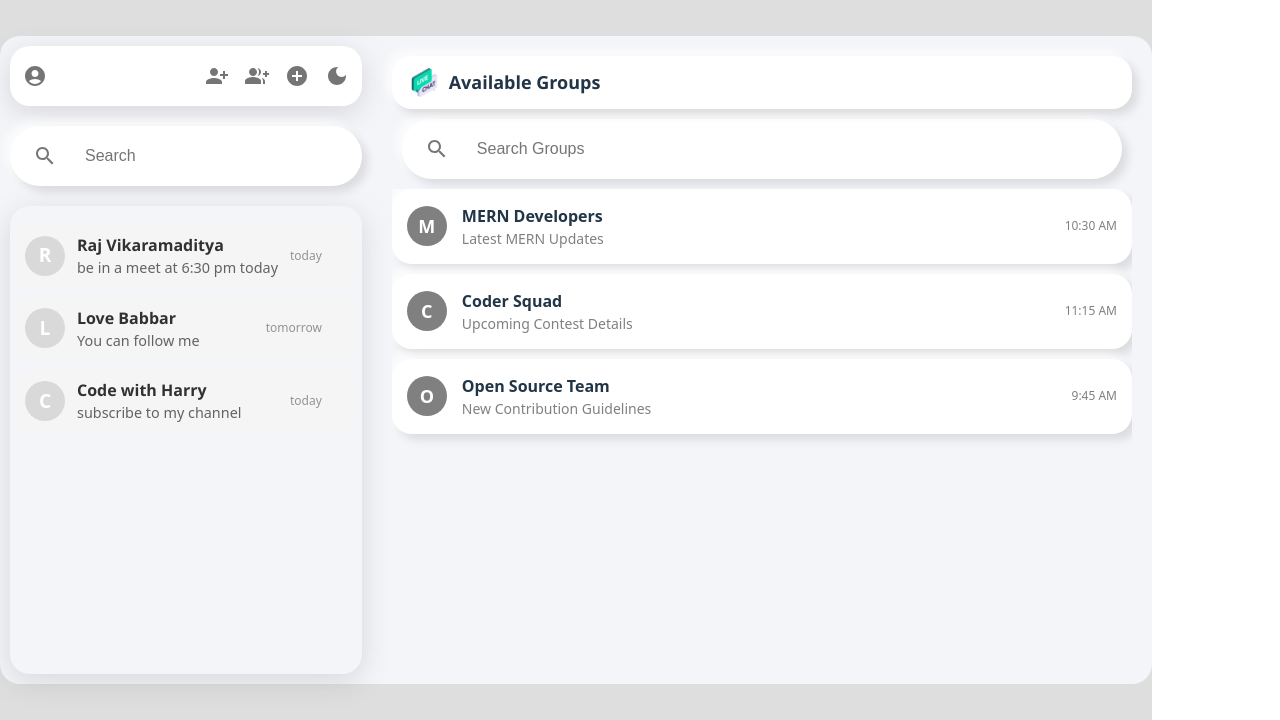
Repository: rahul-chakradhari/chat_app
Page: /app/groups
The author's editor kept a copy of each file at every save. The page is drawn from the files as they stood at one save, then again after a run of saves.
The browser window is 1280 px wide. The pictures show the whole page.
The project was rebuilt for these pictures with package versions that can differ from the ones it lists, and the page was loaded fresh each time. Also part of the build but not shown: vite.config.js, src/components/Login.jsx, src/components/Messagebyme.jsx, src/components/Messagebyothers.jsx, src/components/Chatarea.jsx, src/components/Welcome.jsx, src/components/Creategroups.jsx, src/components/Users.jsx.

Above is the page before, as saved 2025-03-01 14:53:27.

### index.html
<!DOCTYPE html>
<html lang="en">
  <head>
    <meta charset="UTF-8" />
    <link rel="icon" href="./live-chat.png" />

    <meta name="viewport" content="width=device-width, initial-scale=1.0" />
    <title>Vite + React</title>
  </head>
  <body>
    <div id="root"></div>
    <script type="module" src="/src/main.jsx"></script>
  </body>
</html>

### src/App.jsx
import { Route, Routes } from "react-router-dom";
import "./App.css";
import Login from "./components/Login";
import Maincontainer from "./components/Maincontainer";
import Welcome from "./components/Welcome";
import Chatarea from "./components/Chatarea";
import Users from "./components/Users";
import Creategroups from "./components/Creategroups";
import Groups from "./components/Groups";

function App() {
  return (
    <div className="App">
      <Routes>
        <Route path="/" element={<Login />} />
        <Route path="app" element={<Maincontainer />}>
          <Route path="welcome" element={<Welcome />} />
          <Route path="chat" element={<Chatarea />} />
          <Route path="users" element={<Users />} />
          <Route path="groups" element={<Groups />} />

          <Route path="creategroups" element={<Creategroups />} />
        </Route>
      </Routes>
    </div>
  );
}

export default App;

### src/App.css
* {
  margin: 0;
}
.App {
  background-color: #dddedd;
  min-height: 100vh;
  display: flex;
  justify-content: center;
  align-items: center;
}

### src/components/Maincontainer.jsx
import "./Mystyles.css";
import Sidebar from "./Sidebar";
import Chatarea from "./Chatarea";
import Welcome from "./Welcome";
import Creategroups from "./Creategroups";
import Users from "./Users";
import { Outlet } from "react-router-dom";

const Maincontainer = () => {
  return (
    <div className="main">
      <Sidebar />
      <Outlet />
      {/*<Creategroups />*/}
      {/*<Welcome />*/}
      {/*<Chatarea />*/}
      {/*<Users />*/}
    </div>
  );
};

export default Maincontainer;

### src/components/Groups.jsx
import { useState } from "react";
import "./myStyles.css";
import SearchIcon from "@mui/icons-material/Search";
import { IconButton } from "@mui/material";
import logo from "./images/live-chat.png";

const Groups = () => {
  const [groups, setGroups] = useState([
    {
      id: 4,
      name: "MERN Developers",
      lastMessage: "Latest MERN Updates",
      timeStamp: "10:30 AM",
    },
    {
      id: 5,
      name: "Coder  Squad",
      lastMessage: "Upcoming Contest Details",
      timeStamp: "11:15 AM",
    },
    {
      id: 6,
      name: "Open Source Team",
      lastMessage: "New Contribution Guidelines",
      timeStamp: "9:45 AM",
    },
  ]);

  return (
    <div className="list">
      {/* Group Header */}
      <div className="headerlist">
        <div className="header-box">
          <img src={logo} alt="logo" className="logo-img" />
          <p className="ugtitle"> Available Groups</p>
        </div>
      </div>

      {/* Search Bar */}
      <div className="search">
        <IconButton>
          <SearchIcon />
        </IconButton>
        <input placeholder="Search Groups" className="box" />
      </div>

      {/* Group List */}
      <div className="uglist">
        {groups.map((group) => (
          <div key={group.id} className="listitem">
            <div className="user-icon">{group.name.charAt(0)}</div>
            <div className="user-info">
              <p className="username">{group.name}</p>
              <p className="last-message">{group.lastMessage}</p>
            </div>
            <p className="timestamp">{group.timeStamp}</p>
          </div>
        ))}
      </div>
    </div>
  );
};

export default Groups;

### src/components/Mystyles.css
.main {
  background-color: #f4f5f8;
  height: 90vh;
  width: 90vw;
  display: flex;
  border-radius: 20px;
}
.side {
  flex: 0.3;
  display: flex;
  flex-direction: column;
}
.chat {
  background-color: aliceblue;
  flex: 0.7;
}
.headers {
  background-color: white;
  border-radius: 20px;
  padding: 10px 5px;
  margin: 10px;
  display: flex;
  justify-content: space-between;
  box-shadow: rgba(100, 100, 111, 0.2) 0px 7px 29px 0px;
}
.search {
  background-color: white;
  border-radius: 20px;
  padding: 10px 10px;
  margin: 10px;
  display: flex;
  align-items: center;
  box-shadow: rgba(100, 100, 111, 0.2) 0px 7px 29px 0px;
}
.box {
  outline-width: 0;
  border: none;
  font-size: 1.25rem;
  margin-left: 10px;
}
.conver {
  background-color: white;
  border-radius: 20px;
  padding: 10px 5px;
  margin: 10px;
  flex: 1;
}
.conversation {
  border-radius: 20px;
  margin: 10px 5px;
  flex: 1;
  margin-right: 10px;
  margin-left: 10px;
  padding: 10px 5px;
  box-shadow: rgba(100, 100, 111, 0.2) 0px 7px 29px 0px;
}
.conversationitem,
.listtem {
  display: flex;
  align-items: center; /* Items ko vertical center align karega */
  gap: 12px; /* Icon aur text ke beech gap */
  padding: 10px;
  margin: 3px;
  border-radius: 20px;
  margin-left: 0px;
  margin-right: auto;
  margin-top: 7px;
  background-color: #f5f5f5; /* Light background */
  width: 100%;
  width: calc(100% - 20px);
  overflow: hidden; /* Extra content hide */
  white-space: nowrap; /* Ek hi line me rahe */
  text-overflow: ellipsis; /* Overflow hone par "..." dikhe */
}
.conversationitem::-webkit-scrollbar {
  display: none;
}

.icon {
  display: flex;
  justify-content: center;
  align-items: center;
  background-color: #d9d9d9;
  font-size: 1.2rem;
  font-weight: bold;
  color: white;
  height: 40px;
  width: 40px;
  border-radius: 50%;
  flex-shrink: 0; /* Icon ka size maintain rahega */
}

.conversation-text {
  display: flex;
  flex-direction: column;
  flex-grow: 1; /* Ye ensure karega ki text area full width le */
}

.title {
  font-weight: bold;
  font-size: 1rem;
  color: rgba(0, 0, 0, 0.8);
  font-family: "Segoe UI", Tahoma, Geneva, Verdana, sans-serif;
}

.message {
  font-size: 0.9rem;
  color: rgba(0, 0, 0, 0.6);
}

.time {
  margin-right: 25px;
  font-size: 0.75rem;
  color: rgba(0, 0, 0, 0.4);
  flex-shrink: 0; /* Time ka size fix rahe */
}
.chat {
  display: flex;
  flex-direction: column;
  flex: 0.7;
}
.chattingwith {
  background-color: green;
}
.mess {
  background-color: aquamarine;
  flex-grow: 1;
  box-shadow: rgba(100, 100, 111, 0.2) 0px 7px 29px 0px;
}
.inputbox {
  background-color: green;
  box-shadow: rgba(100, 100, 111, 0.2) 0px 7px 29px 0px;
}
.trash {
  color: black;
}
.chat {
  display: flex;
  flex-direction: column;
  flex: 0.7;
  overflow: visible;
  background: #f8f9fa; /* Light grey */
}

.chat-header {
  position: relative;
  display: flex;
  justify-content: space-between;
  align-items: center;
  padding: 10px;
  margin-top: 4px;
  border-radius: 20px;
  background: white;
  border-bottom: 1px solid #ddd;
  box-shadow: rgba(50, 50, 93, 0.25) 0px 6px 12px -2px,
    rgba(0, 0, 0, 0.3) 0px 3px 7px -3px;
}
.avatar {
  border-color: #d9d9d9;
  color: white;
}
.chat-info {
  display: flex;
  align-items: center;
}

.chat-info .avatar {
  width: 40px;
  height: 40px;
  border-radius: 50%;
  background: #bbb;
  display: flex;
  justify-content: center;
  align-items: center;
  font-weight: bold;
  margin-right: 10px;
}

.trash {
  color: black;
}

.mess {
  flex-grow: 1;
  padding: 20px;
  background: #f5f5f5;
  border-radius: 20px;
}

.inputbox {
  padding: 10px;
  border-top: 1px solid #ddd;
  background: white;
  border-radius: 20px;
  margin-bottom: 6px;
}

.inputbox input {
  width: 100%;
  padding: 8px;
  border: none;
  outline: none;
}
.name-time {
  display: flex;
  flex-direction: column;
  align-items: flex-start; /* Left-align text properly */
}

.niche {
  font-size: 12px;
  color: gray;
  margin: 2px 0 0 3px;
  margin-top: 2px;
  margin-right: 12px;
  /* 👈 Adjust left margin properly */
  padding-right: 42px; /* 🔹 Slight padding for spacing */
}
.inputbox {
  display: flex;
  justify-content: center;
}
.othertextcontent,
.con-icon {
  width: 200px; /* Box ka width */
  height: auto; /* Height content ke according adjust hogi */
  font-size: 16px; /* Text size change karne ke liye */
  padding: 10px; /* Text aur border ke beech space ke liye */
  background-color: aquamarine; /* Light gray background */
  border-radius: 10px; /* Rounded corners */
  margin-left: 750px;
}
.othertextcontent {
  border-color: #f5f5f5;
}
.selfmessagecontainer {
  width: 200px; /* Box ka width */
  height: auto; /* Height content ke according adjust hogi */
  font-size: 16px; /* Text size change karne ke liye */
  padding: 10px; /* Text aur border ke beech space ke liye */
  background-color: lightsalmon; /* Light gray background */
  border-radius: 10px; /* Rounded corners */
}
.mess {
  height: 500px;
  overflow-y: auto;
  display: flex;
  flex-direction: column;
}
.mess::-webkit-scrollbar {
  display: none;
}

.welcome {
  min-height: 89vh;
  flex: 0.7;
  display: flex;
  flex-direction: column;
  justify-content: center;
  align-items: center;
  gap: 25px;
  font-family: "Segoe UI", Tahoma, Geneva, Verdana, sans-serif;
  color: rgba(0, 0, 0, 0.87);
  border-bottom: 2px solid #63d7b0;
  background-color: #ffffff;
  border-radius: 20px;
}

.logo {
  height: 15vw;
  margin-bottom: 10px;
}
.group {
  flex: 0.7;
  align-self: center;
  padding: 20px 10px;
  margin: 10px;
  background-color: white;
  border-radius: 20px;
  display: flex;
  justify-content: space-between;
}
.inputgroup {
  font-size: 18px;
  outline-width: 0;
  border: none;
}
.login {
  height: 90vh;
  width: 90vw;
  background-color: #f4f5f8;
  border-radius: 20px;
  display: flex;
}
.loginimage {
  flex: 0.3;
}
.loginbox {
  flex: 0.7;
  font-family: "Segoe UI", Tahoma, Geneva, Verdana, sans-serif;

  background-color: white;
  border-radius: 20px;
  margin: 10px;
  color: #63d7b0;
  font-weight: bolder;
  display: flex;
  justify-content: center;
  align-items: center;
  flex-direction: column;
  gap: 20px;
}
.loginlogo {
  height: 15vw;
  margin-top: 201px;
  margin-left: 75px;
}
.logintitle {
  font-size: 30px;
} /* Main List Container */
.list {
  padding: 20px;
  width: 100%;
}

/* Online Users Box */
.headerlist {
  display: flex;
  justify-content: center;
  margin-bottom: 10px;
}

.header-box {
  width: 100%; /* Adjust as needed */
  max-width: 1100px;
  background-color: white;
  border-radius: 20px;
  padding: 12px 18px;
  display: flex;
  align-items: center;
  gap: 10px;
  box-shadow: 6px 6px 10px rgba(0, 0, 0, 0.1),
    -6px -6px 10px rgba(255, 255, 255, 0.7);
}

.logo-img {
  width: 1.8rem;
  height: 1.8rem;
}

/* Search Box */
.search {
  background-color: white;
  border-radius: 30px;
  padding: 10px 15px;
  margin: 10px;
  display: flex;
  align-items: center;
  box-shadow: 6px 6px 10px rgba(0, 0, 0, 0.1),
    -6px -6px 10px rgba(255, 255, 255, 0.7);
}

.search .box {
  border: none;
  outline: none;
  font-size: 16px;
  flex: 1;
  padding-left: 10px;
}

/* User List */
.uglist {
  display: flex;
  flex-direction: column;
  gap: 10px;
  height: 500px; /* Fixed height for scroll */
  overflow-y: auto; /* Enable vertical scrolling */
}

.uglist::-webkit-scrollbar {
  display: none;
}
/* Individual User Item */
.listitem {
  display: flex;
  align-items: center;
  background-color: white;
  padding: 15px;
  border-radius: 20px;
  box-shadow: 6px 6px 10px rgba(0, 0, 0, 0.1),
    -6px -6px 10px rgba(255, 255, 255, 0.7);
  transition: transform 0.2s;
}

.listitem:hover {
  background-color: #968f8fc7;
}

.user-icon {
  background-color: gray;
  color: white;
  width: 40px;
  height: 40px;
  border-radius: 50%;
  display: flex;
  justify-content: center;
  align-items: center;
  font-size: 18px;
  font-weight: bold;
  margin-right: 15px;
}

.user-info {
  flex-grow: 1;
}

.username {
  font-weight: bold;
  font-size: 16px;
}

.last-message {
  font-size: 14px;
  color: gray;
}

.timestamp {
  font-size: 12px;
  color: gray;
}
.ugtitle {
  font-size: large;
  font-weight: 600;
  font-family: "Segoe UI", Tahoma, Geneva, Verdana, sans-serif;
}

### src/components/Sidebar.jsx
import { useState } from "react";
import AccountCircleIcon from "@mui/icons-material/AccountCircle";
import PersonAddAlt1Icon from "@mui/icons-material/PersonAddAlt1";
import GroupAddIcon from "@mui/icons-material/GroupAdd";
import AddCircleIcon from "@mui/icons-material/AddCircle";
import DarkModeIcon from "@mui/icons-material/DarkMode";
import SearchIcon from "@mui/icons-material/Search";
import Conversationitem from "./Conversationitem";
import "./Mystyles.css";
import { IconButton } from "@mui/material";
import { useNavigate } from "react-router-dom";

const Sidebar = () => {
  const [conversations, setConversations] = useState([
    {
      id: 1,
      name: "Raj Vikaramaditya",
      lastMessage: "be in a meet at 6:30 pm today",
      timeStamp: "today",
    },
    {
      id: 2,
      name: "Love Babbar",
      lastMessage: "You can follow me ",
      timeStamp: "tomorrow",
    },
    {
      id: 3,
      name: "Code with Harry",
      lastMessage: "subscribe to my channel",
      timeStamp: "today",
    },
  ]);
  const navigate = useNavigate();
  return (
    <div className="side">
      <div className="headers">
        <div>
          <IconButton>
            <AccountCircleIcon />
          </IconButton>
        </div>
        <div>
          <IconButton>
            <PersonAddAlt1Icon
              onClick={() => {
                navigate("users");
              }}
            />
          </IconButton>
          <IconButton>
            <GroupAddIcon
              onClick={() => {
                navigate("groups");
              }}
            />
          </IconButton>
          <IconButton>
            <AddCircleIcon
              onClick={() => {
                navigate("creategroups");
              }}
            />
          </IconButton>
          <IconButton>
            <DarkModeIcon />
          </IconButton>
        </div>
      </div>

      <div className="search">
        <IconButton>
          <SearchIcon />
        </IconButton>
        <input placeholder="Search" className="box" />
      </div>

      <div className="conversation">
        {conversations.map((conversation) => (
          <Conversationitem key={conversation.id} {...conversation} />
        ))}
      </div>
    </div>
  );
};

export default Sidebar;

### src/components/Conversationitem.jsx
const Conversationitem = (props) => {
  return (
    <div className="conversationitem">
      <p className="icon">{props.name[0]}</p>
      <div className="conversation-text">
        <p className="title">{props.name}</p>
        <p className="message">{props.lastMessage}</p>
      </div>
      <p className="time">{props.timeStamp}</p>
    </div>
  );
};

export default Conversationitem;

Loaded but not shown: src/main.jsx (common file); src/index.css (common file)

After the next 2 saves:
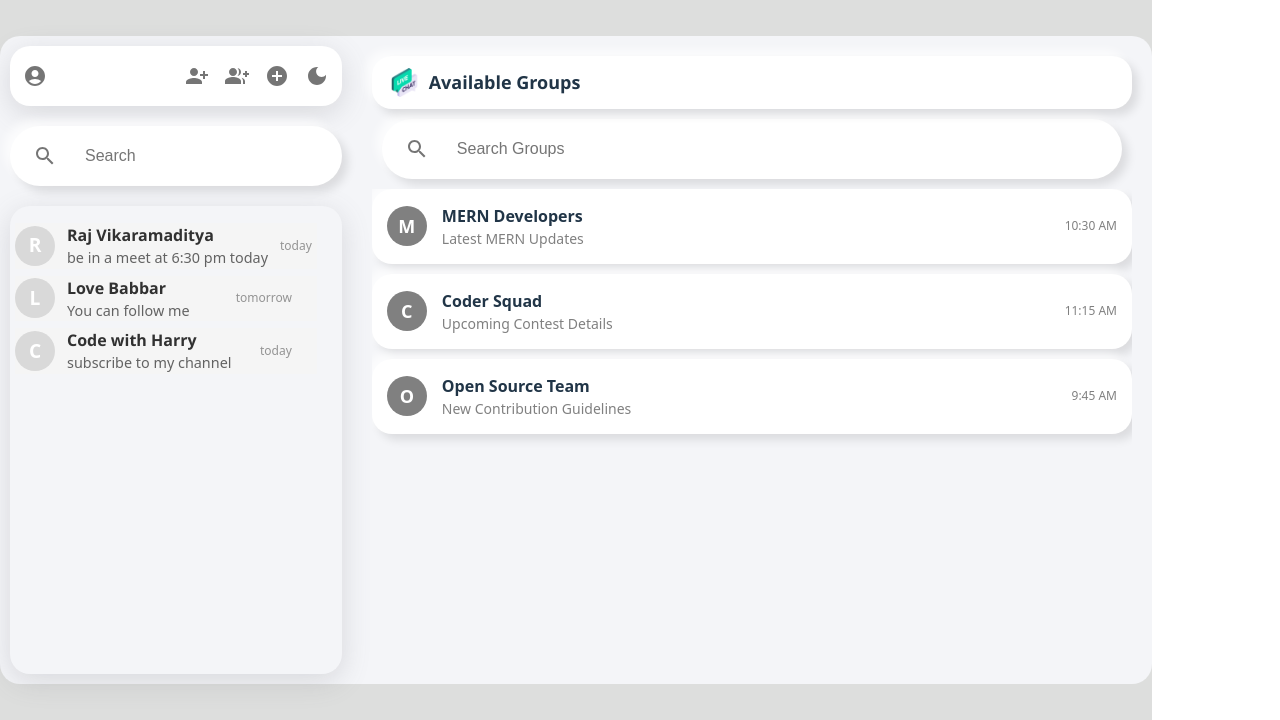
The 2 saves are shown as one change because they came seconds apart.
The last was saved 3 min 8 s later.
--- a/src/components/Mystyles.css
+++ b/src/components/Mystyles.css
@@ -59,9 +59,9 @@
   display: flex;
   align-items: center; /* Items ko vertical center align karega */
   gap: 12px; /* Icon aur text ke beech gap */
-  padding: 10px;
+
   margin: 3px;
-  border-radius: 20px;
+
   margin-left: 0px;
   margin-right: auto;
   margin-top: 7px;
@@ -72,6 +72,9 @@
   white-space: nowrap; /* Ek hi line me rahe */
   text-overflow: ellipsis; /* Overflow hone par "..." dikhe */
 }
+.conversationitem:hover {
+  background-color: #d9d9d9;
+}
 .conversationitem::-webkit-scrollbar {
   display: none;
 }

After the 2 saves that followed:
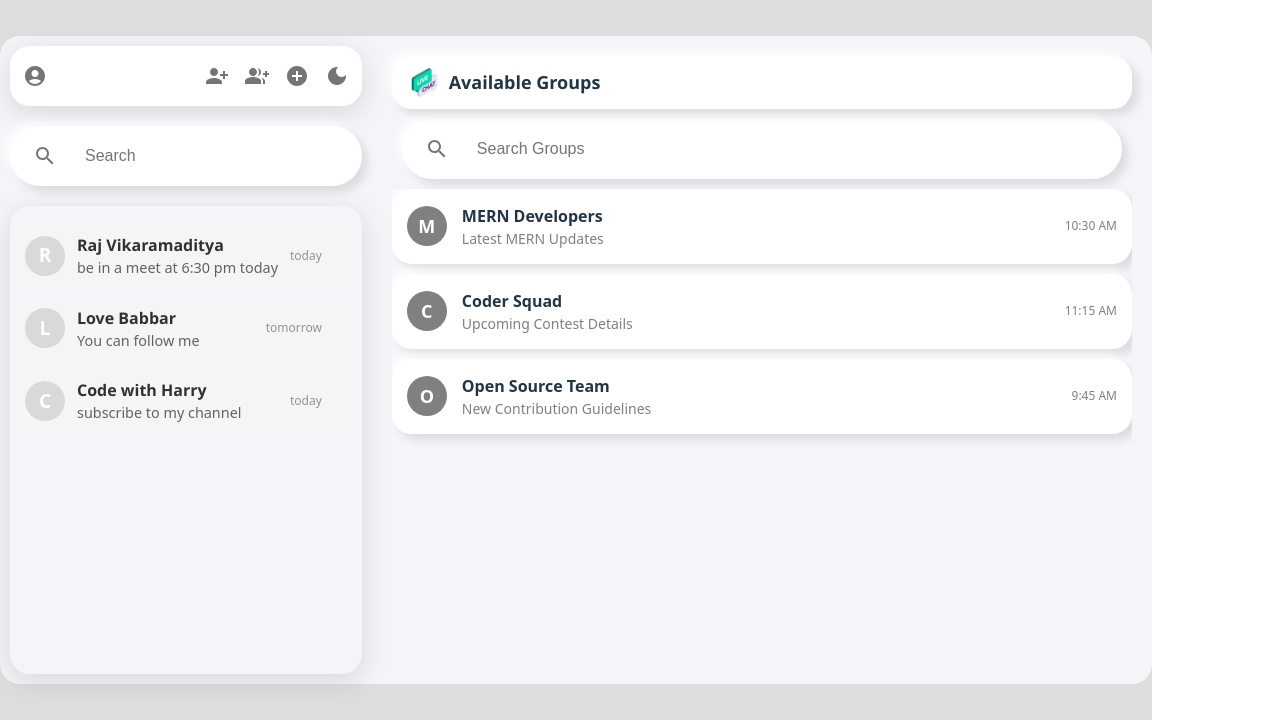
The 2 saves are shown as one change because 1 left the picture as it was.
The last was saved 58 s later.
--- a/src/components/Mystyles.css
+++ b/src/components/Mystyles.css
@@ -59,7 +59,7 @@
   display: flex;
   align-items: center; /* Items ko vertical center align karega */
   gap: 12px; /* Icon aur text ke beech gap */
-
+  padding: 10px;
   margin: 3px;
 
   margin-left: 0px;
